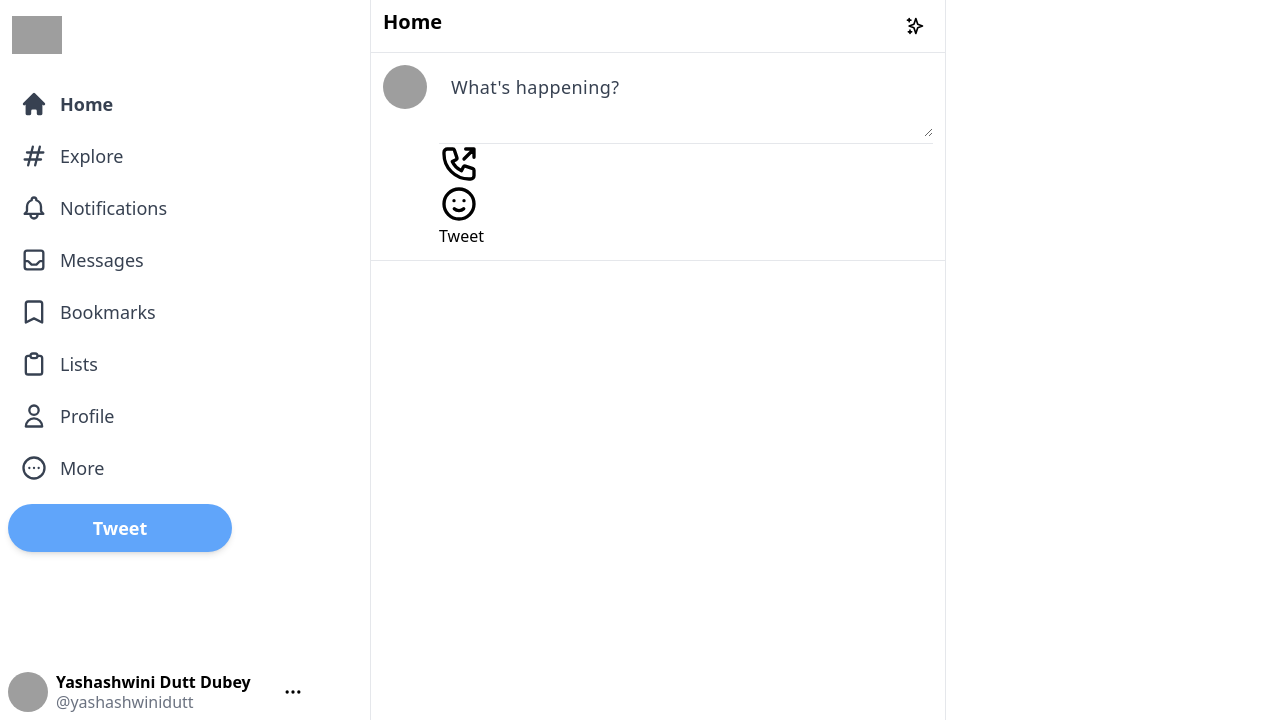
Repository: Yashashwinidutt/twitter
Page: /
These files come from the project's save history. The page is drawn as it stood at one moment and after the next save; the edit follows.
The browser window is 1280 px wide. The pictures show the whole page.
Pictures or frames that could not be fetched are drawn as grey boxes. The project was rebuilt for these pictures with package versions that can differ from the ones it lists, and the page was loaded fresh each time. The framework's server and built-in components were replaced by stand-ins that run in the browser. Also part of the build but not shown: next.config.js.

Above is the page before, as saved 2023-02-28 11:56:29.

### pages/_app.js
import '@/component/component/styles/globals.css'

export default function App({ Component, pageProps }) {
  return <Component {...pageProps} />
}

### pages/index.js
import Head from 'next/head'
import Feed from '../components/Feed'
import Sidebar from '../components/Sidebar'

export default function Home() {
  return (
    <div>
      <Head>
        <title>Twitter Clone</title>
        <meta name="description" content="Generated by create next app" />
        <meta name="viewport" content="width=device-width, initial-scale=1" />
        <link rel="icon" href="/favicon.ico" />
      </Head>

      <main className="flex min-h-screen max-w-7xl mx-auto ">

        {/*Sidebar*/}
        <Sidebar/>

        {/*Feed*/}
        <Feed/>

        {/*Widgets*/}

        {/*Modal*/}

      </main>

    </div>
  )
}

### styles/globals.css
@tailwind base;
@tailwind components;
@tailwind utilities;

@layer components{
    .hoverEffect{
        @apply cursor-pointer hover:bg-gray-200 rounded-full w-[52px] xl:w-auto h-[52px] xl:h-auto xl:p-3
    }
}

### components/Feed.js
import { SparklesIcon } from "@heroicons/react/outline";
import Input from "./Input";

export default function Feed() {
  return (
    <div className="xl:ml-[370px] border-l border-r border-gray-200 xl:min-w-[576px] sm:ml-[73px] flex-grow max-w-xl">
      <div className="flex py-2 px-3 sticky top-0 z-50 bg-white border-b border-gray-200">
        <h2 className="text-lg sm:text-xl font-bold cursor-pointer">Home</h2>
        <div className="hoverEffect flex items-center justify-center px-0 ml-auto w-9 h-9">
            <SparklesIcon className="h-5"/>
        </div>
      </div>
      <Input/>
    </div>
  )
}

### components/Sidebar.js
import Image from "next/image";
import SidebarMenuItem from "./SidebarMenuItem";
import {HomeIcon} from "@heroicons/react/solid"
import {HashtagIcon} from "@heroicons/react/outline"
import {BellIcon} from "@heroicons/react/outline"
import {InboxIcon} from "@heroicons/react/outline"
import {BookmarkIcon} from "@heroicons/react/outline"
import {ClipboardIcon} from "@heroicons/react/outline"
import {UserIcon} from "@heroicons/react/outline"
import {DotsCircleHorizontalIcon} from "@heroicons/react/outline"
import {DotsHorizontalIcon} from "@heroicons/react/outline"
export default function Sidebar() {
  return (
    <div className="hidden sm:flex flex-col p-2 xl:items-start fixed h-full">
        {/*Twitter logo*/}
        <div className="hoverEffect p-2 hover:bg-blue-100 xl:px-1">
          <Image width="50" height="50" src="https://upload.wikimedia.org/wikipedia/commons/thumb/4/4f/Twitter-logo.svg/800px-Twitter-logo.svg.png" alt="error"></Image>
        </div>
        {/*Menu*/}
        <div className="mt-4 mb-2.5 xl:items-start">
          <SidebarMenuItem  text="Home" Icon={HomeIcon} active/>
          <SidebarMenuItem  text="Explore" Icon={HashtagIcon}/>
          <SidebarMenuItem  text="Notifications" Icon={BellIcon} />
          <SidebarMenuItem  text="Messages" Icon={InboxIcon}/>
          <SidebarMenuItem  text="Bookmarks" Icon={BookmarkIcon}/>
          <SidebarMenuItem  text="Lists" Icon={ClipboardIcon}/>
          <SidebarMenuItem  text="Profile" Icon={UserIcon}/>
          <SidebarMenuItem  text="More" Icon={DotsCircleHorizontalIcon}/>
        </div>

        {/*Button*/}
        <button className="bg-blue-400 text-white rounded-full w-56 h-12 font-bold shadow-md hover:brightness-95 text-lg hidden xl:inline
        ">Tweet</button>

        {/*Mini-Profile*/}
        <div className="hoverEffecttext-gray-700 flex items-center justify-center xl:justify-start mt-auto">
          {/* eslint-disable-next-line @next/next/no-img-element*/}
          <img src="https://cdn.shopify.com/s/files/1/0467/5878/9279/products/2_da0f83d1-d83f-4209-836e-306ddbbd7845.jpg" alt="error" className="h-10 w-10 rounded-full xl:mr-2"/>
          <div className="leading-5 hidden xl:inline">
                <h4 className="font-bold">Yashashwini Dutt Dubey</h4>
                <p className="text-gray-500">@yashashwinidutt</p>
          </div>
          <DotsHorizontalIcon className="h-5 xl:ml-8 hidden xl:inline"/>
        </div>
    </div>
  )
}

### components/Input.js
import { EmojiHappyIcon, PhoneOutgoingIcon } from "@heroicons/react/outline";

export default function Input() {
  return (
    <div className="flex border-b border-gray-200 p-3 space-x-3">

        <img width="50" src="https://cdn.shopify.com/s/files/1/0467/5878/9279/products/2_da0f83d1-d83f-4209-836e-306ddbbd7845.jpg" alt="error" className="h-11 w-11 rounded-full cursor-pointer hover:brightness-95"/>
        <div className="w-full divide-y divide-gray-200">
          <div className="">
              <textarea rows="2" className="w-full border-none focus:ring-0 text-lg placeholder-gray-700 tracking-wide min-h-[50px] text-gray-700" placeholder="What's happening?"></textarea>
           </div>
        <div className="">
            <div className="">
              <PhoneOutgoingIcon className="h-10 w-10"/>
              <EmojiHappyIcon className="h-10 w-10"/>
            </div>
            <button>Tweet</button>
        </div>
      </div>
    </div>
  )
}

### components/SidebarMenuItem.js

export default function SidebarMenuItem({text, Icon, active}) {
  return (
    <div className="hoverEffect flex items-center text-gray-700 justify-center xl:justify-start text-lg space-x-3">
        <Icon className="h-7"/>
        <span className={`${active && "font-bold"} hidden xl:inline`}>{text}</span>
    </div>
  )
}

### tailwind.config.js
/** @type {import('tailwindcss').Config} */
module.exports = {
  content: [
    "./app/**/*.{js,ts,jsx,tsx}",
    "./pages/**/*.{js,ts,jsx,tsx}",
    "./components/**/*.{js,ts,jsx,tsx}",

    // Or if using `src` directory:
    "./src/**/*.{js,ts,jsx,tsx}",
  ],
  theme: {
    extend: {},
  },
  plugins: [require('@tailwindcss/forms')],
}

Loaded but not shown: pages/_document.js (common file)

After the next save:
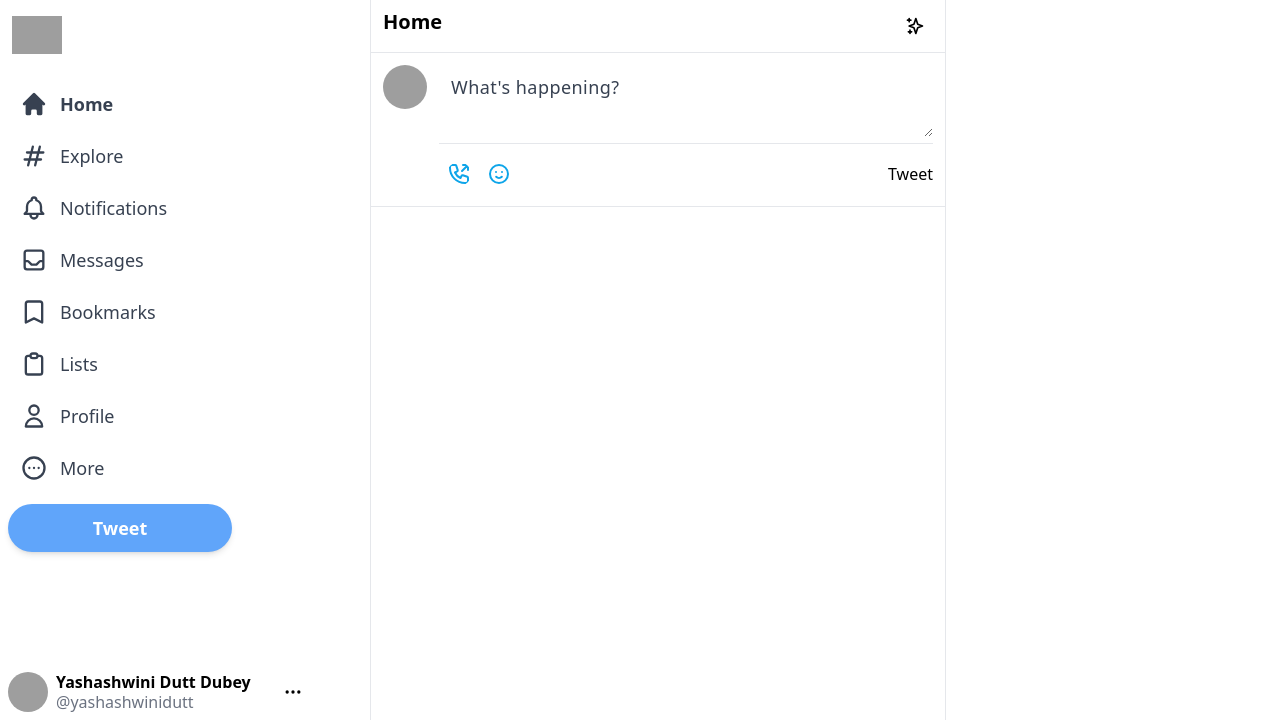
Saved 5 min 38 s later.
--- a/components/Input.js
+++ b/components/Input.js
@@ -9,10 +9,10 @@
           <div className="">
               <textarea rows="2" className="w-full border-none focus:ring-0 text-lg placeholder-gray-700 tracking-wide min-h-[50px] text-gray-700" placeholder="What's happening?"></textarea>
            </div>
-        <div className="">
-            <div className="">
-              <PhoneOutgoingIcon className="h-10 w-10"/>
-              <EmojiHappyIcon className="h-10 w-10"/>
+        <div className="flex items-center justify-between pt-2.5">
+            <div className="flex">
+              <PhoneOutgoingIcon className="h-10 w-10 hoverEffect p-2 text-sky-500 hover:bg-sky-100"/>
+              <EmojiHappyIcon className="h-10 w-10 hoverEffect p-2 text-sky-500 hover:bg-sky-100"/>
             </div>
             <button>Tweet</button>
         </div>
